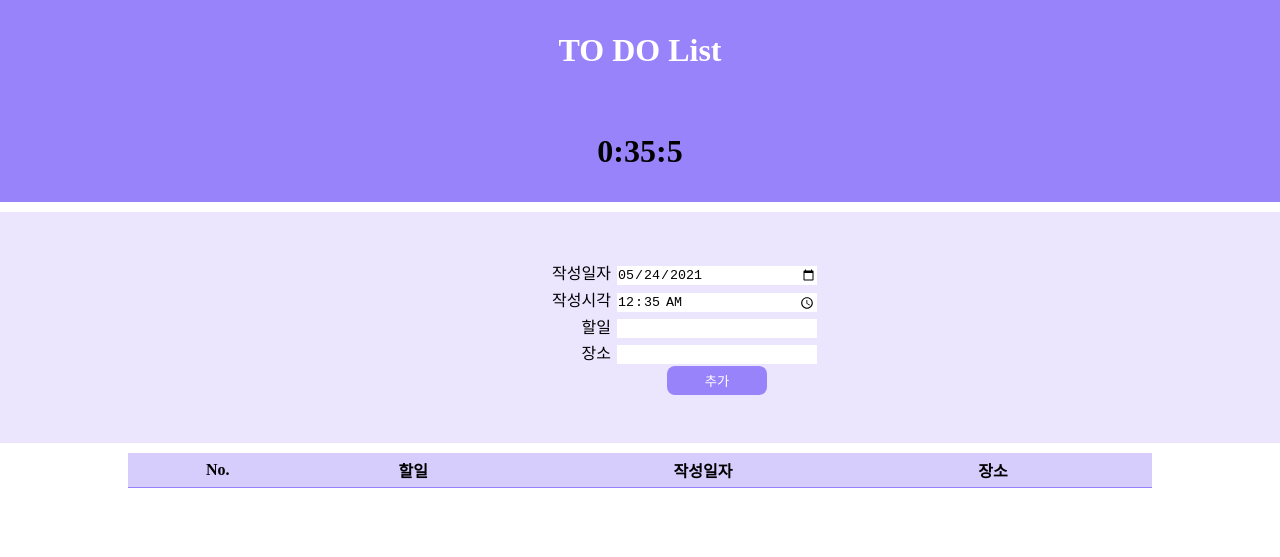
Repository: soyeon-noh/TodoList_Project
Page: http://localhost/Server_PR_TodoList/
The author's editor kept a copy of each file at every save. The page is drawn from the files as they stood at one save, then again after a run of saves.
The browser window is 1280 px wide. The pictures show the whole page.
The page is served by Tomcat 9. Other server files are loaded and not shown. Queries for data that is not in the repository find no rows.

Above is the page before, as saved 2021-05-25 04:32:48.

### Server_PR_TodoList/src/main/webapp/WEB-INF/views/home.jsp
<%@ page language="java" contentType="text/html; charset=UTF-8"
    pageEncoding="UTF-8"%>
<%@ taglib uri="http://java.sun.com/jsp/jstl/core"
			prefix="c"%>
<c:set value="${pageContext.request.contextPath}"
		var="rootPath"/>
<!DOCTYPE html>
<html>
<head>
<meta charset="UTF-8">
<title>TODOList 메인화면</title>
<link href="${rootPath}/static/css/home.css?ver3" rel="stylesheet"/>

<style>

</style>


</head>
  <body>
  	<%@ include file="/WEB-INF/views/include_nav.jsp" %>
    <form class ="v1" method="POST">
    	<div>
    		<label for="date">작성일자</label>
    		<input name="td_date"
    				type="date" value="${TD.td_date}">
    	</div>

    	<div>
    		<label for="time">작성시각</label>
    		<input name="td_time"
    				type="time" value="${TD.td_time}">
    	</div>

    	<div>
    		<label for="todo">할일</label>
    		<input name="td_todo"
    				type="text" value="${TD.td_todo}">
    	</div>

    	<div>
    		<label for="place">장소</label>
    		<input name="td_place"
    				type="text" value="${TD.td_place}">
    	</div>
    	<div>
    		<label></label>
   			<button class="btn_insert">추가</button>
		</div>
    </form>

    <table id="tdlist">
      <tr>
        <th>No.</th>
        <th>할일</th>
        <th>작성일자</th>
        <th>장소</th>
        <th></th>
      </tr>
      <c:forEach items="${TDLIST}" var="TD" varStatus="i">
        <tr>
          <td>${i.count}</td>
          <td>${TD.td_todo}</td>
          <td>${TD.td_date}</td>
          <td>${TD.td_place}</td>
          <td><button class="btn_update" data-seq="${TD.td_seq}" type="button">
          		수정</button>
          		<button class="btn_delete" data-seq="${TD.td_seq}" type="button">
          		삭제</button></td>
        </tr>
      </c:forEach>
    </table>
  </body>

  <script>
  // html 코드가 다 화면에 뜨고 나서 실행하라는 명렁
  // 아래 한 줄의 코드가 있어야 어디든디 script를 넣을 수 있다.
	document.addEventListener("DOMContentLoaded",function(){
		document.querySelector("table#tdlist")
		.addEventListener("click", function(ev){
			let className = ev.target.className

			if(className == "btn_delete"){

				let seq = ev.target.dataset.seq
				alert(seq + " 삭제가 완료되었습니다.");

				document
				.location
				.replace( "${rootPath}" +
						"/UD/delete?td_seq="
						+ seq )

			} else if(className == "btn_update"){

				let seq = ev.target.dataset.seq;

				document
				.location
				.href= "${rootPath}" +
						"/UD/update?td_seq="
						+ seq
			}

		})
	})
  </script>

</html>

### Server_PR_TodoList/src/main/webapp/WEB-INF/views/include_nav.jsp
<%@ page language="java" contentType="text/html; charset=UTF-8"
    pageEncoding="UTF-8"%>

<style>
	* {
		margin: 0;
		padding: 0;
		box-sizing: border-box;
	}

    h1.clock {
        color: black;
        text-align: center;
        background-color: rgba(153, 131, 250, 20);
        padding: 2rem;
    }

</style>
<h1>TO DO List</h1>
<h2 class="date"></h2>
<h1 class="clock"></h1>
<script>
	let date = document.querySelector(".date");

    function getDate(){
        const time = new Date();
        const year = time.getUTCFullYear();
        const month = time.getUTCMonth();
        const day = time.getUTCDay();
        date.textContent = year + "-" + month + "-" + day;
    }



	let clock = document.querySelector(".clock");

	function getTime() {
		  const time = new Date();
		  const hour = time.getHours();
		  const minutes = time.getMinutes();
		  const seconds = time.getSeconds();
		  clock.textContent = hour + ":" + minutes + ":" + seconds;


	}

	function init() {
	  setInterval(getTime, 1000);
	}

	init();
</script>

### Server_PR_TodoList/src/main/java/com/callor/todo/controller/HomeController.java
package com.callor.todo.controller;

import java.io.IOException;
import java.text.SimpleDateFormat;
import java.util.Date;
import java.util.List;

import javax.servlet.ServletException;
import javax.servlet.annotation.WebServlet;
import javax.servlet.http.HttpServlet;
import javax.servlet.http.HttpServletRequest;
import javax.servlet.http.HttpServletResponse;

import com.callor.todo.model.TodoListVO;
import com.callor.todo.service.TodoService;
import com.callor.todo.service.impl.TodoServiceImplV1;

@WebServlet("/")
public class HomeController extends HttpServlet{

	protected TodoService tdService;
	public HomeController() {
		tdService = new TodoServiceImplV1();
	}
	@Override
	protected void doGet(HttpServletRequest req, HttpServletResponse resp) throws ServletException, IOException {
		// TODO selectAll()
		List<TodoListVO> tdList = tdService.selectAll();
		req.setAttribute("TDLIST", tdList);

		// TODO insert()
		TodoListVO tdVO = new TodoListVO();

		// SimpleDateFormat : 날짜 및 시간을 형식화하고 구문 분석하는 메소드 제공
		SimpleDateFormat sd = new SimpleDateFormat("yyyy-MM-dd");
		SimpleDateFormat st = new SimpleDateFormat("HH:mm:ss");

		// 현재시간을 저장
		Date date = new Date(System.currentTimeMillis());

		// 현재 시간을 변환해 VO에 넣어준다
		tdVO.setTd_seq(0L);
		tdVO.setTd_date(sd.format(date));
		tdVO.setTd_time(st.format(date));

		req.setAttribute("TD", tdVO);

		// home.jsp 화면을 보여줘라
		RequestController.reqController(req, resp, "home");
	}
	@Override
	protected void doPost(HttpServletRequest req, HttpServletResponse resp) throws ServletException, IOException {
		// TODO insert()

		// 한글 인코딩 세팅
		req.setCharacterEncoding("UTF-8");

		// user가 입력한 data 확인
		String td_date = req.getParameter("td_date");
		String td_time = req.getParameter("td_time");
		String td_todo = req.getParameter("td_todo");
		String td_place = req.getParameter("td_place");

		TodoListVO tdVO = new TodoListVO();
		tdVO.setTd_date(td_date);
		tdVO.setTd_time(td_time);
		tdVO.setTd_todo(td_todo);
		tdVO.setTd_place(td_place);

		tdService.insert(tdVO);

		System.out.println("insert : " + tdVO);

		resp.sendRedirect("/todo");
	}

}

### Server_PR_TodoList/src/main/java/com/callor/todo/service/impl/TodoServiceImplV1.java
package com.callor.todo.service.impl;

import java.sql.Connection;
import java.sql.PreparedStatement;
import java.sql.ResultSet;
import java.sql.SQLException;
import java.util.ArrayList;
import java.util.List;

import com.callor.todo.config.DbInfo;
import com.callor.todo.config.MySQLConnection;
import com.callor.todo.model.TodoListVO;
import com.callor.todo.service.TodoService;

public class TodoServiceImplV1 implements TodoService{

	// 먼저 db와 연결
	protected Connection dbConn;

	public TodoServiceImplV1() {
		dbConn = MySQLConnection.getDBConnection();
	}


	protected List<TodoListVO> select(PreparedStatement pStr) throws SQLException{
		// TODO DB로부터 데이터를 받아와 List에 저장
		List<TodoListVO> tdList = new ArrayList<TodoListVO>();

		ResultSet rSet = pStr.executeQuery();
		while(rSet.next()) {
			TodoListVO tdVO = new TodoListVO();
			tdVO.setTd_seq(rSet.getLong(DbInfo.td_seq));
			tdVO.setTd_date(rSet.getString(DbInfo.td_date));
			tdVO.setTd_time(rSet.getString(DbInfo.td_time));
			tdVO.setTd_todo(rSet.getString(DbInfo.td_todo));
			tdVO.setTd_place(rSet.getString(DbInfo.td_place));
			tdList.add(tdVO);
		}

		// 데이터 확인
		System.out.println("select : " + tdList.toString());
		return tdList;
	}

	@Override
	public List<TodoListVO> selectAll() {
		// TODO List 전체 데이터 조회

		String sql = " SELECT * FROM tbl_todo_list ";
		sql += " ORDER BY td_date DESC, td_time DESC ";

		PreparedStatement pStr = null;

		try {
			pStr = dbConn.prepareStatement(sql);
			List<TodoListVO> tdList = this.select(pStr);
			pStr.close();

			System.out.println("selectAll : " + tdList.toString());
			return tdList;
		} catch (SQLException e) {
			// TODO Auto-generated catch block
			e.printStackTrace();
		}
		return null;
	}

	@Override
	public TodoListVO findById(Long seq) {
		// TODO 일련번호로 조회
		String sql = " SELECT * FROM tbl_todo_list ";
		sql += " WHERE td_seq = ? ";

		PreparedStatement pStr = null;

		try {
			pStr = dbConn.prepareStatement(sql);
			pStr.setLong(1, seq);

			List<TodoListVO> tdList = this.select(pStr);

			pStr.close();

			if(tdList != null && tdList.size() > 0) {
				return tdList.get(0);
			}


		} catch (SQLException e) {
			// TODO Auto-generated catch block
			e.printStackTrace();
		}
		return null;
	}

	@Override
	public List<TodoListVO> findByDate(String td_date) {
		// TODO 날짜로 조회
		String sql = " SELECT * FROM tbl_todo_list ";
		sql += " WHERE td_date = ? ";

		PreparedStatement pStr = null;

		try {
			pStr = dbConn.prepareStatement(sql);
			pStr.setString(1, td_date);

			List<TodoListVO> tdList = this.select(pStr);

			pStr.close();
			return tdList;

		} catch (SQLException e) {
			// TODO Auto-generated catch block
			e.printStackTrace();
		}
		return null;
	}

	@Override
	public List<TodoListVO> findByTodo(String td_todo) {
		// TODO 할일내용으로 조회
		return null;
	}

	@Override
	public List<TodoListVO> findByPlace(String td_place) {
		// TODO 장소로 조회
		return null;
	}

	@Override
	public Integer insert(TodoListVO tdVO) {
		// TODO 데이터 추가

		String sql = " INSERT INTO tbl_todo_list ";
		sql += " ( ";
		sql += " td_date, ";
		sql += " td_time, ";
		sql += " td_todo, ";
		sql += " td_place) ";
		sql += " VALUES( ?,?,?,? ) ";


		// SQL 구문을 실행시키는 객체
		PreparedStatement pStr = null;

		try {
			pStr = dbConn.prepareStatement(sql);
			pStr.setString(1, tdVO.getTd_date());
			pStr.setString(2, tdVO.getTd_time());
			pStr.setString(3, tdVO.getTd_todo());
			pStr.setString(4, tdVO.getTd_place());

			return pStr.executeUpdate();

		} catch (SQLException e) {
			// TODO Auto-generated catch block
			e.printStackTrace();
		}
		return null;
	}


	@Override
	public Integer update(TodoListVO tdVO) {
		// TODO 데이터 업데이트
		String sql = " UPDATE tbl_todo_list SET ";
		sql += " td_date = ?, ";
		sql += " td_time = ?, ";
		sql += " td_todo = ?, ";
		sql += " td_place = ? ";

		sql += " WHERE td_seq = ? ";

		PreparedStatement pStr = null;

		try {
			pStr = dbConn.prepareStatement(sql);
			pStr.setString(1, tdVO.getTd_date());
			pStr.setString(2, tdVO.getTd_time());
			pStr.setString(3, tdVO.getTd_todo());
			pStr.setString(4, tdVO.getTd_place());

			pStr.setLong(5, tdVO.getTd_seq());
			return pStr.executeUpdate();

		} catch (SQLException e) {
			// TODO Auto-generated catch block
			e.printStackTrace();
		}

		return null;
	}

	@Override
	public Integer delete(Long seq) {
		// TODO 데이터 삭제

		String sql = " DELETE FROM tbl_todo_list ";
		sql += "WHERE td_seq = ?";

		PreparedStatement pStr = null;

		try {
			pStr = dbConn.prepareStatement(sql);
			pStr.setLong(1, seq);
			return pStr.executeUpdate();

		} catch (SQLException e) {
			// TODO Auto-generated catch block
			e.printStackTrace();
		}
		return null;
	}
}

### Server_PR_TodoList/src/main/java/com/callor/todo/config/MySQLConnection.java
package com.callor.todo.config;

import java.sql.Connection;
import java.sql.DriverManager;
import java.sql.SQLException;

public class MySQLConnection {

	private static Connection dbConn;

	static {

		String jdbcDriver = "com.mysql.cj.jdbc.Driver";
		String url = "jdbc:mysql://localhost:3306/todolist";
		String username = "tdUser";
		String password = "12345";

		try {
			Class.forName(jdbcDriver);
			if(dbConn == null) {
				dbConn = DriverManager.getConnection(url, username, password);
			}
			System.out.println("MySQL 접속 성공!!");
		} catch (ClassNotFoundException e) {
			System.out.println("MySQL Driver 를 찾을 수 없음");
		} catch (SQLException e) {
			System.out.println("MySQL DBMS 연결 실패");
		}
	}

	public static Connection getDBConnection() {
		return dbConn;
	}

}

### Server_PR_TodoList/src/main/java/com/callor/todo/model/TodoListVO.java
package com.callor.todo.model;

import lombok.AllArgsConstructor;
import lombok.Getter;
import lombok.NoArgsConstructor;
import lombok.Setter;
import lombok.ToString;

@Getter
@Setter
@ToString
@NoArgsConstructor
@AllArgsConstructor
public class TodoListVO {

	private Long td_seq;	//BIGINT
    private String td_date;	//VARCHAR(20)
    private String td_time;	//VARCHAR(20)
	private String td_todo;	//VARCHAR(200)
    private String td_place;	//VARCHAR(125)
}

### Server_PR_TodoList/src/main/java/com/callor/todo/controller/RequestController.java
package com.callor.todo.controller;

import java.io.IOException;

import javax.servlet.ServletException;
import javax.servlet.http.HttpServlet;
import javax.servlet.http.HttpServletRequest;
import javax.servlet.http.HttpServletResponse;

public class RequestController extends HttpServlet{

	public static void reqController (HttpServletRequest req,
			HttpServletResponse resp, String file) throws ServletException, IOException {

		String root = "/WEB-INF/views/" + file + ".jsp";

		req.getRequestDispatcher(root)
		.forward(req, resp);


	}

}

### Server_PR_TodoList/src/main/webapp/static/css/home.css
@charset "UTF-8";

/* 여백 초기화 */
* {
	margin: 0;
	padding: 0;
	box-sizing: border-box;
}

h1 {
	color: white;
	text-align: center;
	background-color: rgba(153,131,250,1);
	padding: 2rem;

}

form.v1 {
	background-color: rgba(153,131,250,0.2);
	padding: 3rem 5rem 3rem 5rem;
	margin: 10px auto;
}

form.v1 div {
	text-align: center;
}

form.v1 div label{
	display: inline-block;

	width: 150px;
	text-align: right;
}

form.v1 input{
	width: 200px;
	border: 1px;
	height: 1.2rem;
	margin: 2px;
}

form.v1 div button{
		outline: 0;
		border: 0;
		width: 100px;
		color: white;
		padding: 5px;
		background-color: rgba(153,131,250,1);
		border-radius: 8px;


}

table {
	border-collapse: collapse;
	width: 80%;
	margin: 10px auto;
}

td, th {
	border-bottom: 1px solid #9882FA;
	padding: 5px;
	text-align: center;
}

th {
	background-color: rgba(153,131,250,0.4);
}

After the next 2 saves:
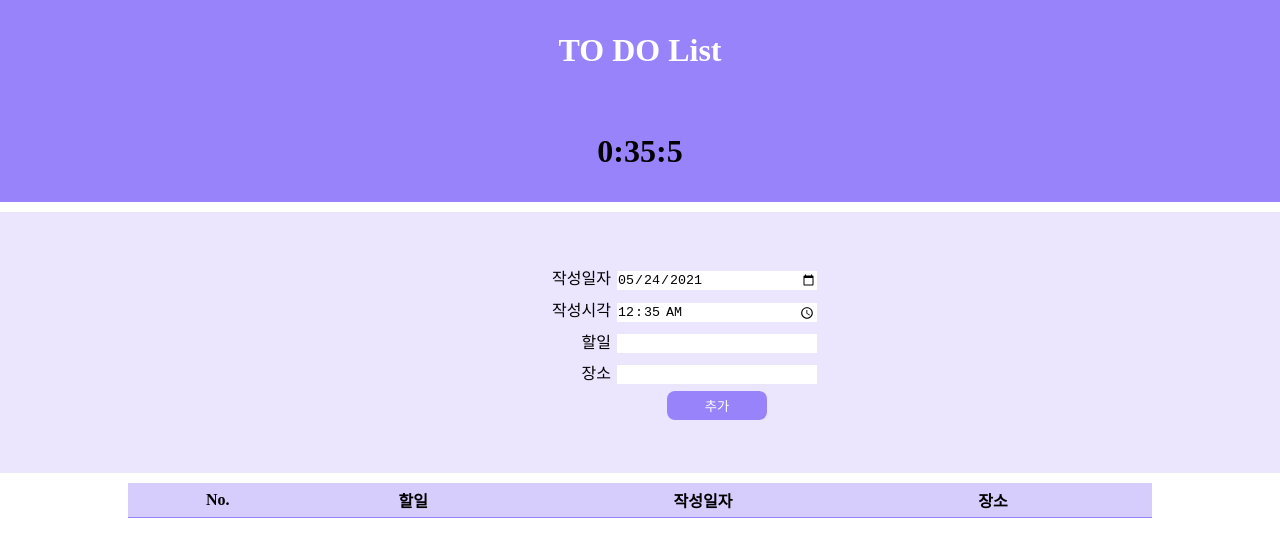
The 2 saves are shown as one change because they came seconds apart.
The last was saved 2 min 28 s later.
--- a/Server_PR_TodoList/src/main/webapp/static/css/home.css
+++ b/Server_PR_TodoList/src/main/webapp/static/css/home.css
@@ -23,6 +23,7 @@ form.v1 {
 
 form.v1 div {
 	text-align: center;
+	margin: 5px;
 }
 
 form.v1 div label{
